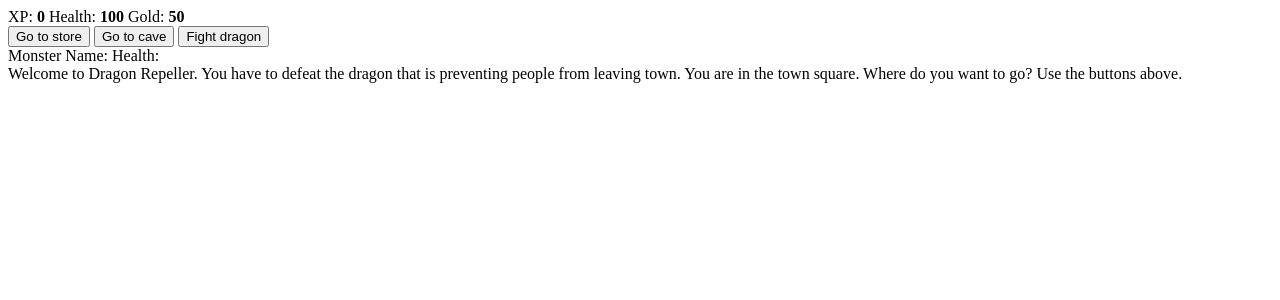
Repository: Lungdjos/role_playing_game
Page: index.html
An editor plug-in stored every save of this project. The page is shown before and after a run of saves, followed by the edit.
The browser window is 1280 px wide. The pictures show the whole page.

Above is the page before, as saved 2024-02-06 23:09:18.

### index.html
<!DOCTYPE html>
<html lang="en">

<head>
    <meta charset="UTF-8">
    <meta name="viewport" content="width=device-width, initial-scale=1.0">
    <title>RPG - Dragon Repeller</title>
    <link rel="stylesheet" href="./styles.css">

</head>

<body>
    <div id="game">
        <div id="stats">
            <span class="stat">XP: <strong><span id="xpText">0</span></strong>
            </span>
            <span class="stat">Health: <strong><span id="healthText">100</span></strong>
            </span>
            <span class="stat">Gold: <strong><span id="goldText">50</span></strong>
            </span>
        </div>
        <div id="controls">
            <button id="button1">Go to store</button>
            <button id="button2">Go to cave</button>
            <button id="button3">Fight dragon</button>
        </div>
        <div id="monsterStats">
            <span class="stat">
                Monster Name: <strong><span id="monsterName"></span></strong>
            </span>
            <span class="stat">
                Health: <strong><span id="monsterHealth"></span></strong>
            </span>
        </div>
        <div id="text">
            Welcome to Dragon Repeller. You have to defeat the dragon that is preventing people from leaving town. You are in the town square. Where do you want to go? Use the buttons above.
        </div>
    </div>

    <!-- JavaScript files -->
    <script src="./script.js"></script>
</body>

</html>

### styles.css
/** Main CSS */

body {
    bac
}

### script.js
/**
 * Main JavaScript
 */

'use strict';

// variables
let xp = 0;
let health = 100;
let gold = 50;
let currentWeapon = 0;
let fighting;
let monsterHealth;
let inventory = ['stick'];

// query selectors
const button1 = document.querySelector('#button1');
const button2 = document.querySelector('#button2');
const button3 = document.querySelector('#button3');

After the next 4 saves:
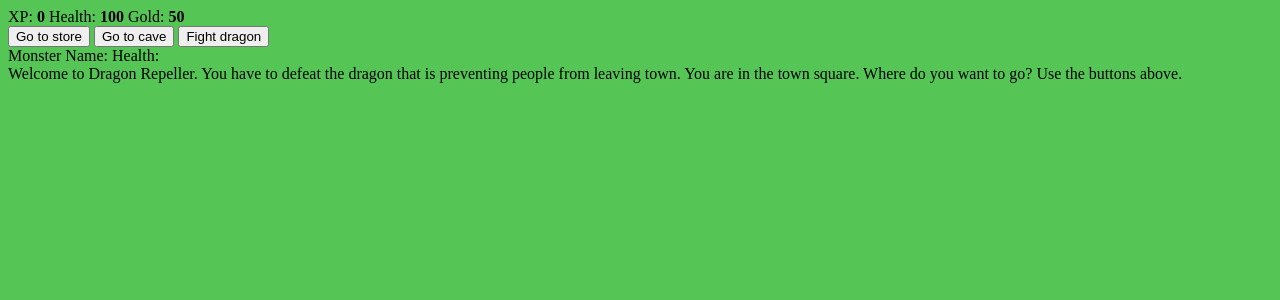
The 4 saves are shown as one change because they came seconds apart.
The last was saved 18 min 48 s later.
--- a/styles.css
+++ b/styles.css
@@ -1,5 +1,5 @@
 /** Main CSS */
 
 body {
-    bac
+    background-color: #0a0a;
 }
